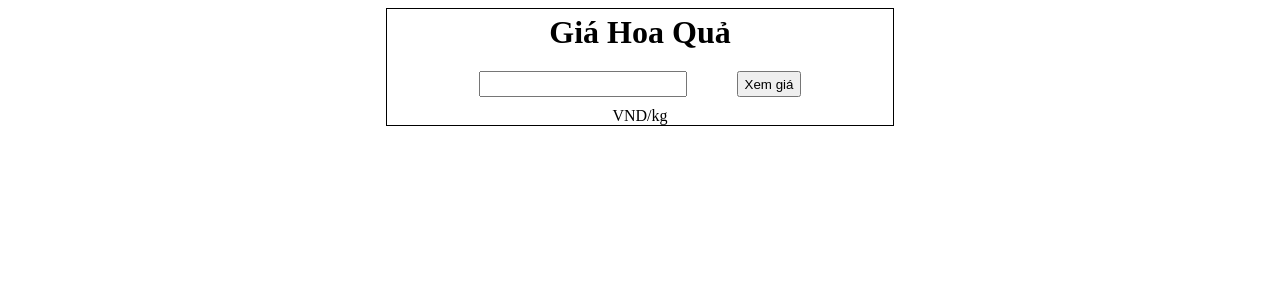
Repository: tungts3qb/BTCodeGym
Page: giahoaqua.html
These files come from the project's save history. The page is drawn as it stood at one moment and after the next save; the edit follows.
The browser window is 1280 px wide. The pictures show the whole page.

Above is the page before, as saved 2023-01-04 11:45:09.

### giahoaqua.html
<!DOCTYPE html>
<html lang="en">
  <head>
    <meta charset="UTF-8" />
    <meta http-equiv="X-UA-Compatible" content="IE=edge" />
    <meta name="viewport" content="width=device-width, initial-scale=1.0" />
    <title>Document</title>
  </head>
  <body>
    <style>
      .check-fruit-form {
        border: solid 1px black;
        max-width: 40%;
        margin: 0 auto;
        display: flex;
        flex-direction: column;
        justify-content: center;
        align-items: center;
      }

      h1 {
        margin: 0;
        margin-top: 5px;
        margin-bottom: 20px;
      }
      .input-box {
        margin-bottom: 10px;
      }
      #price {
        width: 200px;
        height: 20px;
      }
      .input-box {
        display: flex;
        flex-direction: row;
        justify-content: space-between;
        gap: 50px;
      }
    </style>
    <div class="check-fruit-form">
      <h1>Giá Hoa Quả</h1>
      <div class="input-box">
        <input type="text" name="" id="price" />
        <button class="check-price">Xem giá</button>
      </div>
      <div class="result">
        <span>VND/kg</span>
      </div>
    </div>
    <script>
      let input = document.getElementById("price");
      let button = document.querySelector(".check-price");
      button.addEventListener("click", function () {
        // input.innerText
        console.log(input.value);
        switch (input.value) {
          case "Ổi":
            console.log("ổi");
            break;

          default:
            break;
        }
      });
    </script>
  </body>
</html>

After the next save:
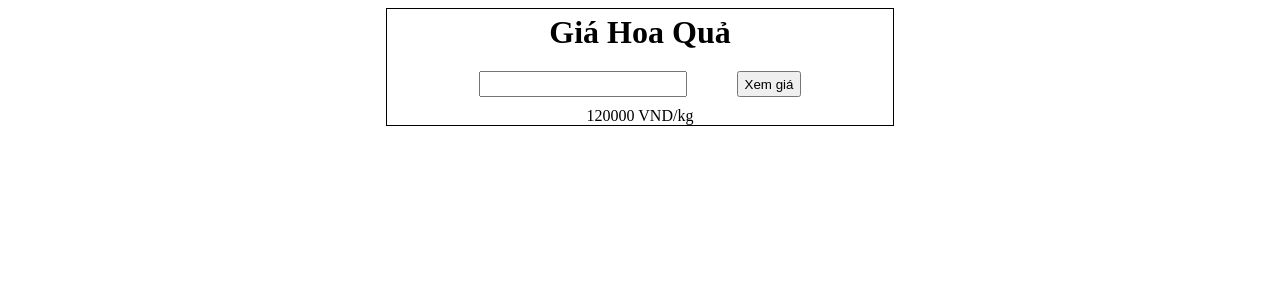
Saved 10 s later.
--- a/giahoaqua.html
+++ b/giahoaqua.html
@@ -44,6 +44,7 @@
         <button class="check-price">Xem giá</button>
       </div>
       <div class="result">
+        <span>120000</span>
         <span>VND/kg</span>
       </div>
     </div>
